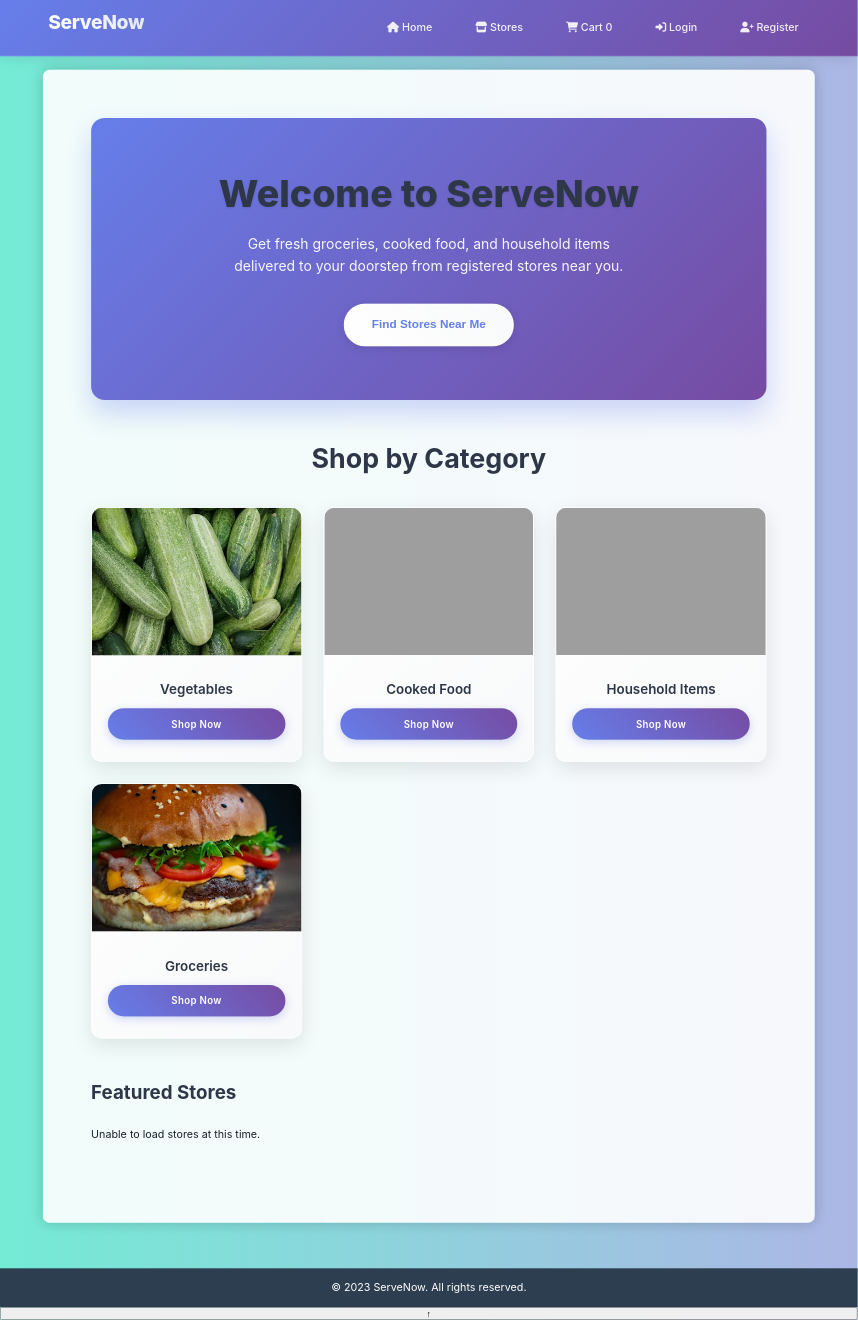
Repository: onenet786/servenow
Page: index.html
These files come from the project's save history. The page is drawn as it stood at one moment and after the next save; the edit follows.
The browser window is 1280 px wide. The pictures show the whole page, at 67% of full size.
Pictures or frames that could not be fetched are drawn as grey boxes. The page's requests for data from a server got no answer.

Above is the page before, as saved 2025-12-17 03:55:23.

After the next save:
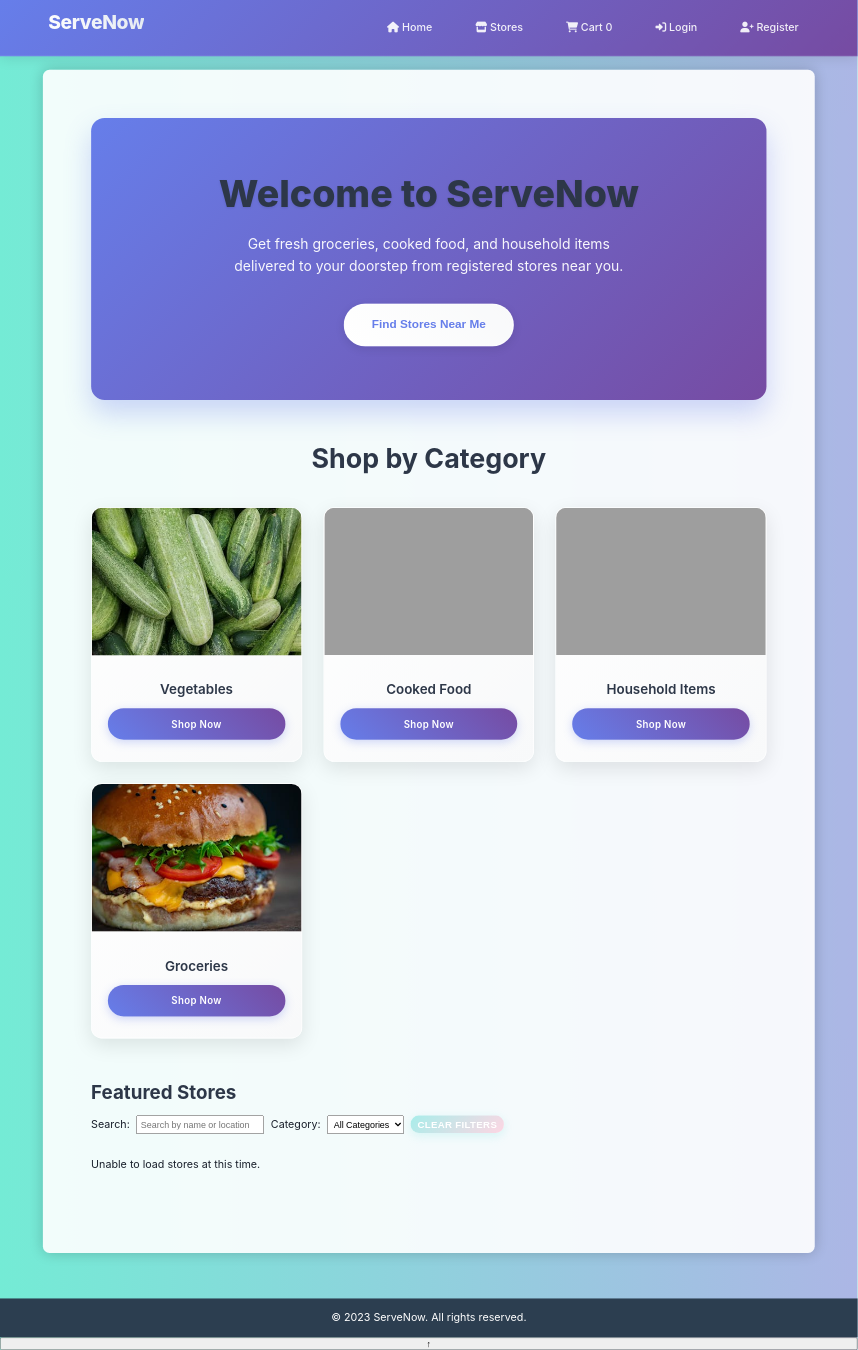
Saved 8 min 7 s later.
--- a/index.html
+++ b/index.html
@@ -95,6 +95,20 @@
 
             <section class="featured-stores">
                 <h3>Featured Stores</h3>
+                <div class="filter-controls" style="margin-bottom: 20px; display: flex; gap: 10px; align-items: center; flex-wrap: wrap;">
+                    <div class="filter-group">
+                        <label for="storeSearch" style="margin-right: 5px;">Search:</label>
+                        <input type="text" id="storeSearch" placeholder="Search by name or location" style="padding: 5px;">
+                    </div>
+                    <div class="filter-group">
+                        <label for="storeCategoryFilter" style="margin-right: 5px;">Category:</label>
+                        <select id="storeCategoryFilter" style="padding: 5px;">
+                            <option value="">All Categories</option>
+                            <!-- Populated dynamically -->
+                        </select>
+                    </div>
+                    <button class="btn btn-secondary" id="clearStoreFiltersBtn" style="padding: 5px 10px;">Clear Filters</button>
+                </div>
                 <div class="store-grid" id="featuredStores">
                     <!-- Stores will be loaded dynamically -->
                 </div>
